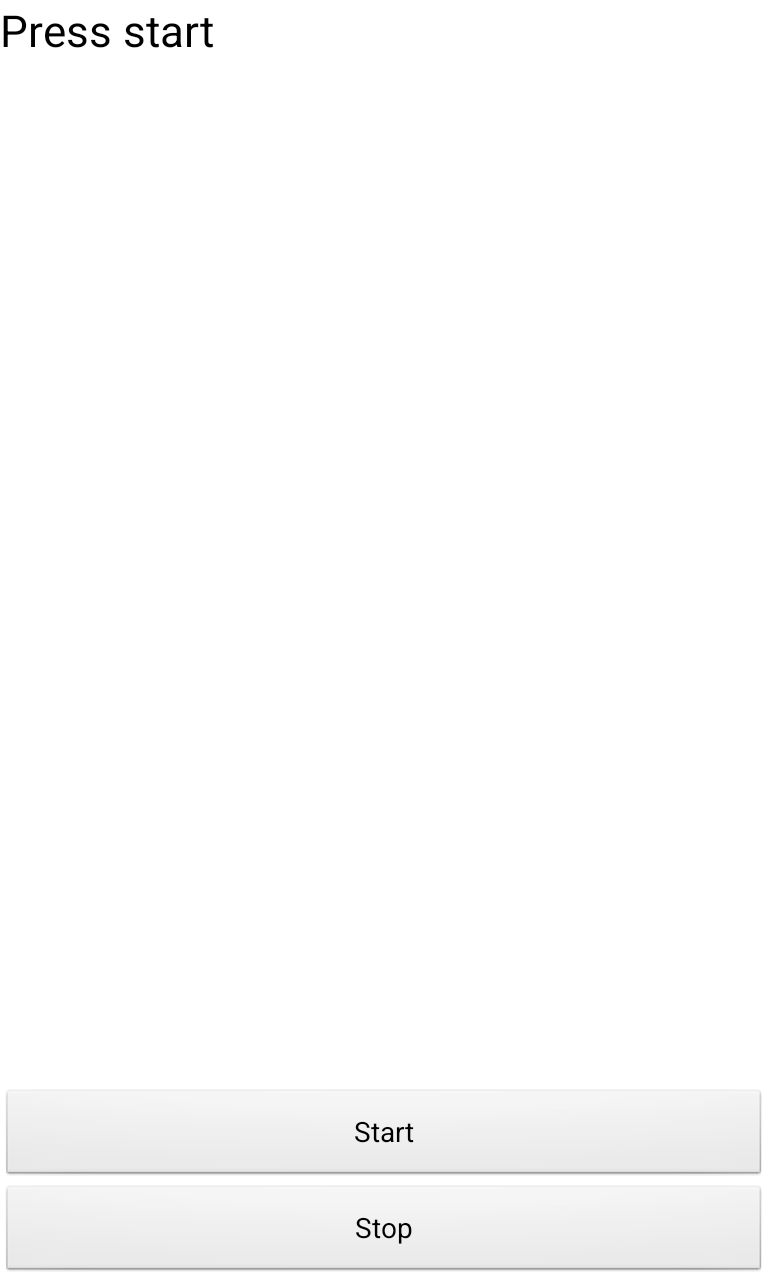
Repository: agejku/Embedded-Systems
Layout: Positionsensor/res/layout/main.xml
These files come from the project's save history. The layout is drawn as it stood at one moment and after the next save; the edit follows.
It is drawn on a 768 x 1280 px phone screen (xhdpi) without system bars, with theme AppTheme; the app's code is not run.

Above is the layout before, as saved 2014-04-23 16:16:10.

### Positionsensor/res/layout/main.xml
<?xml version="1.0" encoding="utf-8"?>
<RelativeLayout xmlns:android="http://schemas.android.com/apk/res/android"
    android:id="@+id/NetNumber1"
    android:layout_width="fill_parent"
    android:layout_height="match_parent"
    android:orientation="vertical" >



    <Button
        android:id="@+id/btnStopService"
        android:layout_width="fill_parent"
        android:layout_height="wrap_content"
        android:layout_alignParentBottom="true"
        android:layout_alignParentLeft="true"
        android:onClick="stopService"
        android:text="@string/stop_service" />

    <Button
        android:id="@+id/btnStartService"
        android:layout_width="fill_parent"
        android:layout_height="wrap_content"
        android:layout_above="@+id/btnStopService"
        android:layout_alignParentLeft="true"
        android:onClick="startService"
        android:text="@string/start_service" />

    <RelativeLayout
        android:layout_width="wrap_content"
        android:layout_height="wrap_content"
        android:layout_alignParentLeft="true"
        android:layout_alignParentRight="true"
        android:layout_alignParentTop="true" >

        <TextView
            android:id="@+id/network1"
            android:layout_width="wrap_content"
            android:layout_height="wrap_content"
            android:layout_alignParentLeft="true"
            android:layout_alignParentRight="true"
            android:layout_alignParentTop="true"
            android:text="@string/network1"
            android:textAppearance="?android:attr/textAppearanceLarge" />

    </RelativeLayout>

</RelativeLayout>

### Positionsensor/res/values/strings.xml
<resources>

    <string name="app_name">Positionsensor</string>
    <string name="menu_settings">Settings</string>
    <string name="title_activity_main">Positionsensor</string>
    <string name="start_service">Start</string>
    <string name="stop_service">Stop</string>
    <string name="start_rssi">Values</string>
    <string name="network1">Press start</string>


</resources>

Loaded but not shown: Positionsensor/res/values/styles.xml (common file)

After the next save:
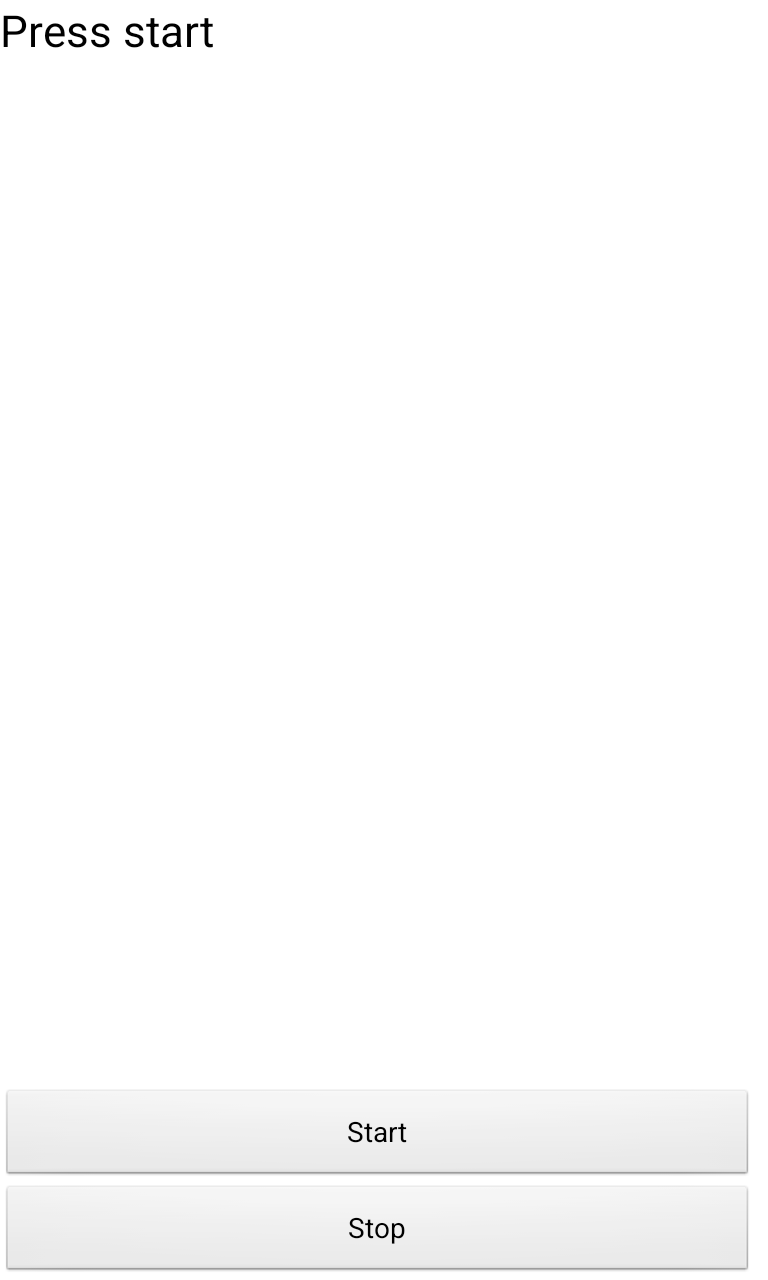
Saved 2 min 12 s later.
--- a/Positionsensor/res/layout/main.xml
+++ b/Positionsensor/res/layout/main.xml
@@ -3,9 +3,9 @@
     android:id="@+id/NetNumber1"
     android:layout_width="fill_parent"
     android:layout_height="match_parent"
-    android:orientation="vertical" >
-
-
+    android:orientation="vertical"
+    android:scrollbarStyle="insideInset"
+    android:scrollbars="vertical" >
 
     <Button
         android:id="@+id/btnStopService"
